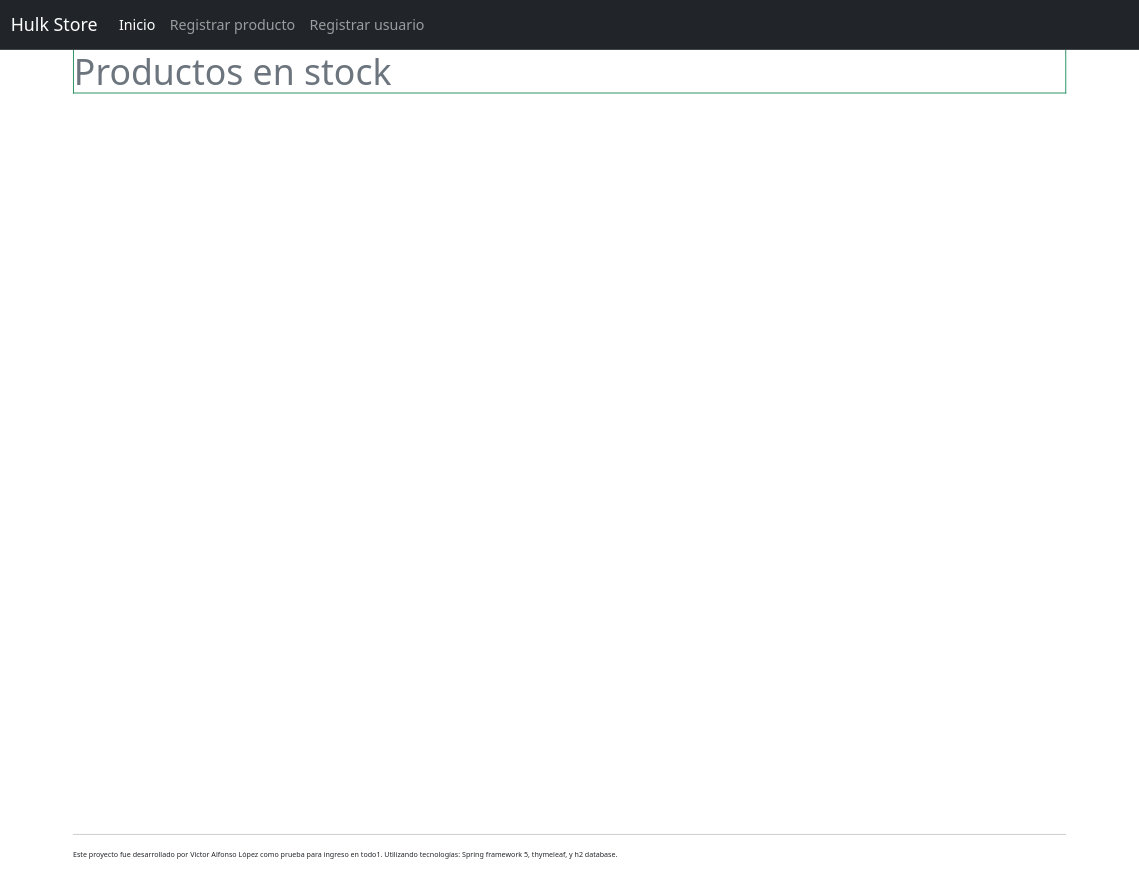
Repository: alfonsoLopez1992/PruebaTODO1
Page: http://localhost/index
The author's editor kept a copy of each file at every save. The page is drawn from the files as they stood at one save, then again after the next save.
The browser window is 1280 px wide. The pictures show the whole page, at 89% of full size.
Some web libraries are served in a nearby version. The page is this project's Thymeleaf template; nobody is signed in. The template is opened directly, without the code that normally fills it, so the values that code supplies are empty.

Above is the page before, as saved 2021-02-16 14:04:59.

### hulk-store-internet/src/main/resources/templates/index.html
<!DOCTYPE html>
<html xmlns:th="http://www.thymeleaf.org">
<head th:replace="layout/layout :: head">
</head>
<body>

	<header th:replace="layout/layout :: header"></header>

	<div class="container">


		<h1
			class="text-secondary border border-success border-top-0 border-left-0 border-right-0">Productos
			en stock</h1>
		<br />
		<div>
			<div th:each="producto: ${productos}"
				style="position: relative; float: left;">
				<div class="card" style="width: 18rem;     margin-right: 16px;">
					<div class="text-center">
						<img style="max-width: 25%;" class="img-thumbnail rounded"
							th:alt="${producto.nombre}"
							th:src="@{'/uploads/' + ${producto.imagen}}">
					</div>

					<div class="card-body">
						<h5 class="card-title" th:text="${producto.nombre}"></h5>
						<p class="card-text" th:text="${producto.descripcion}"></p>
						Costo $: <b>
							<p style="font-size: 20px;" class="card-text"
								th:text=" ${producto.costo}"></p>
						</b> <a th:href="@{'ventas/anadirCarrito/' + ${producto.id}}"
							class="btn btn-primary">Comprar</a>
					</div>
				</div>
				<br />
			</div>
		</div>
	</div>
<div style="margin-top: 800px;">
<footer  th:replace="layout/layout :: footer"></footer>
</div>

</body>


</html>

### hulk-store-internet/src/main/resources/templates/layout/layout.html
<!DOCTYPE html>
<html xmlns:th="http://www.thymeleaf.org">
<head th:fragment="head">
<meta charset="UTF-8">
<title>Hulk store</title>
<link
	href="https://cdn.jsdelivr.net/npm/bootstrap@5.0.0-beta2/dist/css/bootstrap.min.css"
	rel="stylesheet"
	integrity="sha384-BmbxuPwQa2lc/FVzBcNJ7UAyJxM6wuqIj61tLrc4wSX0szH/Ev+nYRRuWlolflfl"
	crossorigin="anonymous">

</head>
<body>
	<header th:fragment="header">
		<nav class="navbar navbar-expand-lg navbar-dark bg-dark">
			<div class="container-fluid">
				<a class="navbar-brand" href="#">Hulk Store</a>
				<button class="navbar-toggler" type="button"
					data-bs-toggle="collapse" data-bs-target="#navbarNav"
					aria-controls="navbarNav" aria-expanded="false"
					aria-label="Toggle navigation">
					<span class="navbar-toggler-icon"></span>
				</button>
				<div class="collapse navbar-collapse" id="navbarNav">
					<ul class="navbar-nav">
						<li class="nav-item"><a class="nav-link active"
							aria-current="page" href="http://localhost:8080/">Inicio</a></li>

						<li class="nav-item"><a class="nav-link" href="http://localhost:8080/producto/listar">Registrar producto</a>
						</li>
						<li class="nav-item"><a class="nav-link" href="http://localhost:8080/usuario/index">Registrar usuario</a>
						</li>
					</ul>
				</div>
			</div>
		</nav>
	</header>
	<div class="container"></div>


	<footer th:fragment="footer" class="container">
		<hr />
		<p style="font-size: 8px !important;">Este proyecto fue desarrollado por Victor Alfonso López como
			prueba para ingreso en todo1. Utilizando tecnologías: Spring framework 5, thymeleaf, y h2 database.</p>
		<script
			src="https://cdn.jsdelivr.net/npm/bootstrap@5.0.0-beta2/dist/js/bootstrap.bundle.min.js"
			integrity="sha384-b5kHyXgcpbZJO/tY9Ul7kGkf1S0CWuKcCD38l8YkeH8z8QjE0GmW1gYU5S9FOnJ0"
			crossorigin="anonymous"></script>
		<script
			src="https://cdn.jsdelivr.net/npm/@popperjs/core@2.6.0/dist/umd/popper.min.js"
			integrity="sha384-KsvD1yqQ1/1+IA7gi3P0tyJcT3vR+NdBTt13hSJ2lnve8agRGXTTyNaBYmCR/Nwi"
			crossorigin="anonymous"></script>
		<script
			src="https://cdn.jsdelivr.net/npm/bootstrap@5.0.0-beta2/dist/js/bootstrap.min.js"
			integrity="sha384-nsg8ua9HAw1y0W1btsyWgBklPnCUAFLuTMS2G72MMONqmOymq585AcH49TLBQObG"
			crossorigin="anonymous"></script>

	</footer>



</body>
</html>

After the next save:
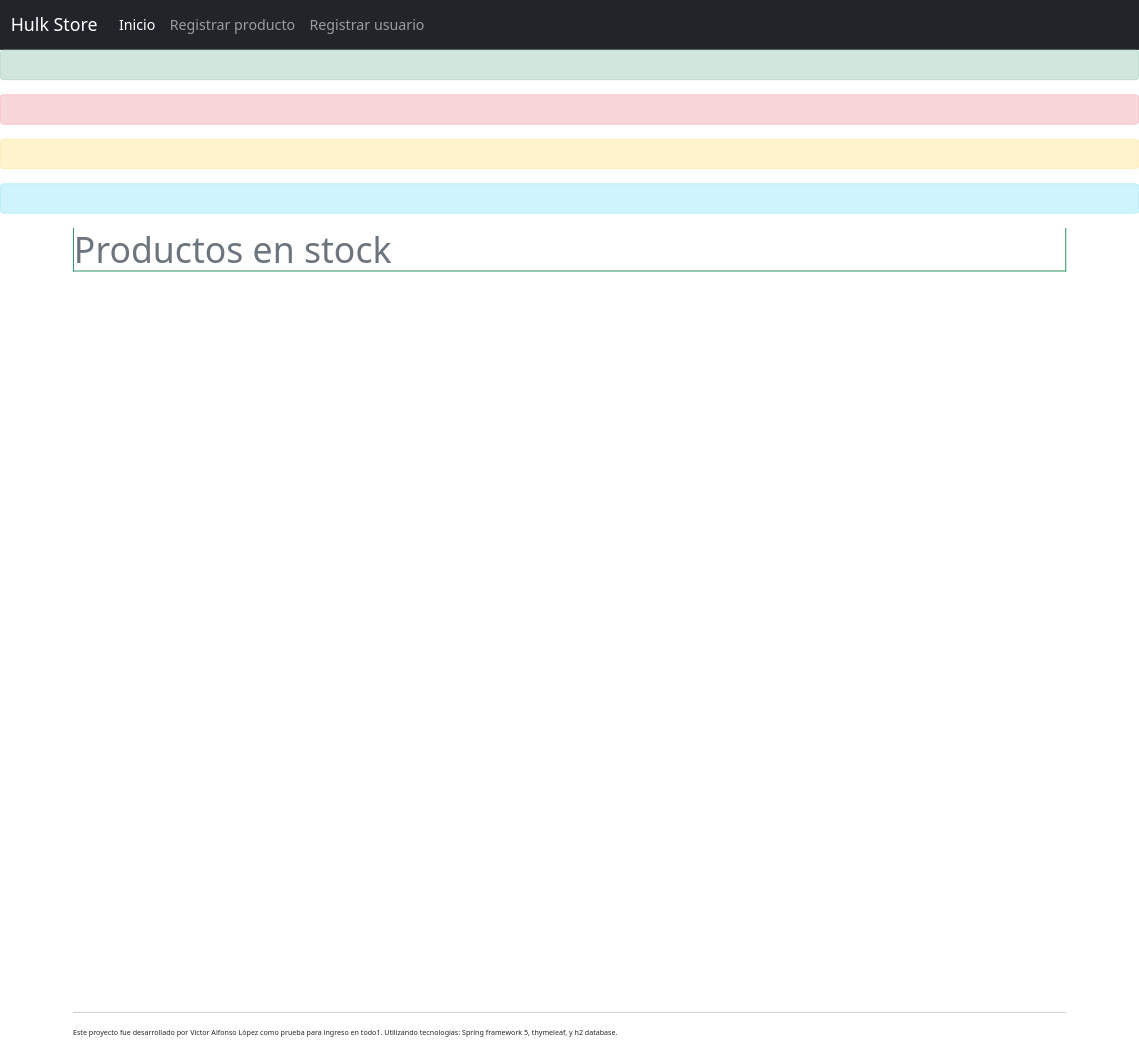
Saved 15 min 49 s later.
--- a/hulk-store-internet/src/main/resources/templates/layout/layout.html
+++ b/hulk-store-internet/src/main/resources/templates/layout/layout.html
@@ -34,6 +34,11 @@
 				</div>
 			</div>
 		</nav>
+		<div class="alert alert-success"></div>
+		<div class="alert alert-danger"></div>
+		<div class="alert alert-warning"></div>
+		<div class="alert alert-info"></div>
+
 	</header>
 	<div class="container"></div>
 
